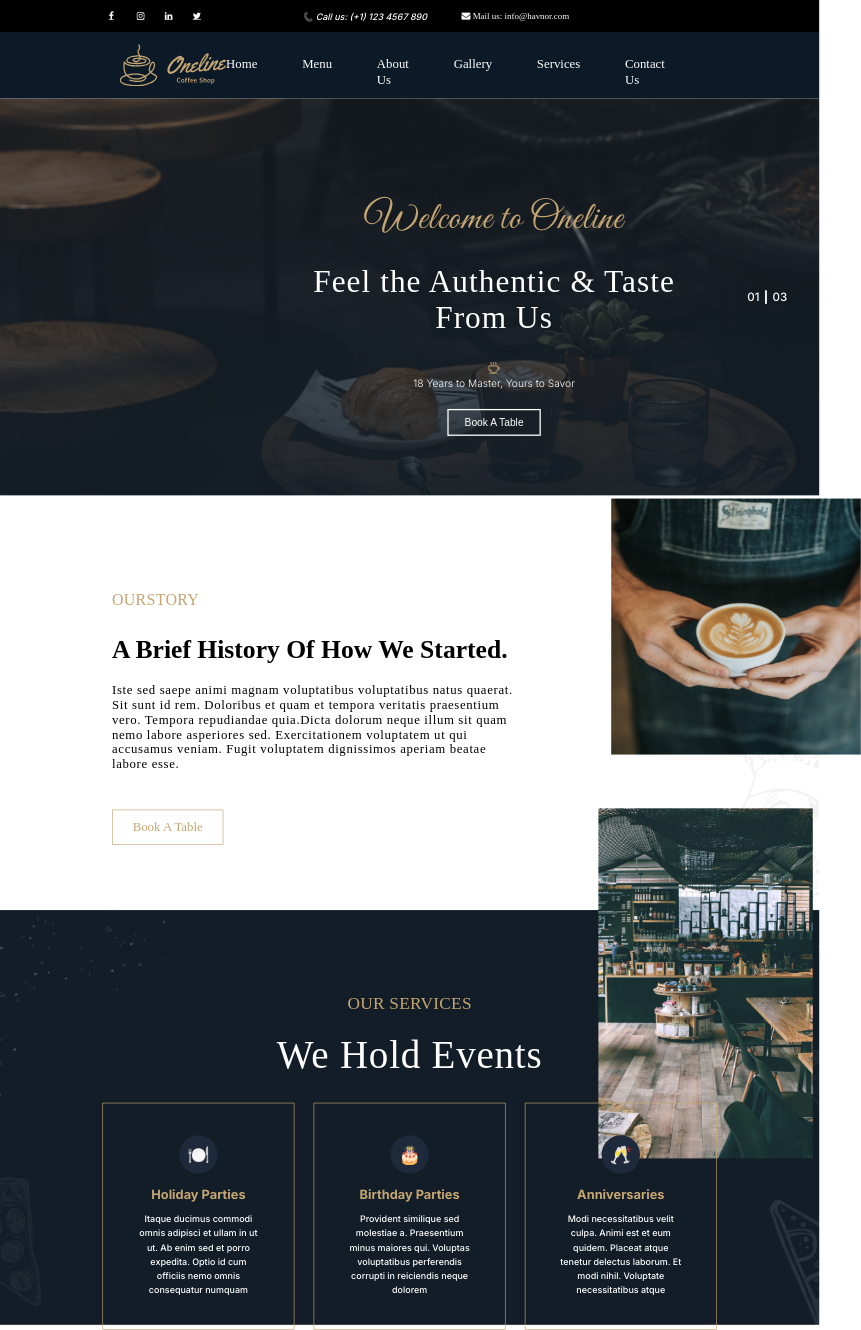
Repository: abhayzulasana/Online-Coffee-Shop
Page: index.html
An editor plug-in stored every save of this project. The page is shown before and after the next save, followed by the edit.
The browser window is 1280 px wide. The page is 1345 px wide, so the pictures cover 1345 px, including what lies to the right of the window. The pictures show the whole page, at 64% of full size.

Above is the page before, as saved 2025-05-21 17:31:39.

### index.html
<!DOCTYPE html>
<html lang="en">
<head>
  <meta charset="UTF-8" />
  <meta name="viewport" content="width=device-width, initial-scale=1.0" />
  <title>Oneline Coffee Shop</title>
  <link rel="stylesheet" href="style.css" />
  <link rel="stylesheet" href="https://cdnjs.cloudflare.com/ajax/libs/font-awesome/4.7.0/css/font-awesome.min.css">

  <link rel="preconnect" href="https://fonts.googleapis.com" />
  <link rel="preconnect" href="https://fonts.gstatic.com" crossorigin />
  <link href="https://fonts.googleapis.com/css2?family=Great+Vibes&family=Inter:wght@300;500;700&display=swap" rel="stylesheet">
</head>
<body>
  <header class="top-bar">
    <div class="social-icons">
      <a href="#" class="fa fa-facebook"></a>
      <a href="#" class="fa fa-instagram"></a>
      <a href="#" class="fa fa-linkedin"></a>
      <a href="#" class="fa fa-twitter"></a>

    </div>
    <div class="contact-info">
      <i class="call"> 📞   Call us: (+1) 123 4567 890</i>
      <i class="fa fa-envelope">    Mail us: info@havnor.com</i>

    </div>
  </header>

  <nav class="navbar">
    <div class="logo">
      <img src="img/cafelogo.svg">
      <!-- <span>☕</span>
      <span class="logo-text">Oneline <small>Coffee Shop</small></span> -->
    </div>
    <ul class="nav-links">
      <li>Home</li>
      <li>Menu</li>
      <li>About Us</li>
      <li>Gallery</li>
      <li>Services</li>
      <li>Contact Us</li>
    </ul>
  </nav>

  <section class="hero">
    <div class="hero-content">
  <center>
      <h2>Welcome to Oneline</h2>
      <h1>Feel the Authentic & Taste From Us</h1>
      <img src="img/cafe.svg">

      <!-- <div class="divider">☕</div> -->
      <p>18 Years to Master, Yours to Savor</p>
      <button>Book A Table</button>
    </div>
  </center>
    <div class="scroll-number">
      <span>01</span>
      <span>┃</span>
      <span>03</span>
    </div>
  </section >

   <div class="over-story">
    <div class="over-story-content">
        <h1>ourstory</h1>
        <h2>A Brief History Of How We Started.</h2>
        <p>Iste sed saepe animi magnam voluptatibus voluptatibus natus quaerat. Sit sunt id rem. Doloribus et quam et tempora veritatis praesentium vero. Tempora repudiandae quia.Dicta dolorum neque illum sit quam nemo labore asperiores sed. Exercitationem voluptatem ut qui accusamus veniam. Fugit voluptatem dignissimos aperiam beatae labore esse.</p>
        <button>Book A Table</button>
    </div>
    <div class="our-img">
        <img  class="img1" src="img/ourstory1.png">
        <img class="img2" src="img/ourstory2.png">

      </div>
   </div>


   <div class="our-services">
      <div class="text-content">
        <p class="section-title">OUR SERVICES</p>
        <h1 >We Hold Events</h1>
      </div>

      <div class="cards-container">
        <div class="card">
          <div class="icon-circle">🍽️</div>
          <h3>Holiday Parties</h3>
          <p>
            Itaque ducimus commodi omnis adipisci et ullam in ut ut. Ab enim sed
            et porro expedita. Optio id cum officiis nemo omnis consequatur numquam
          </p>
        </div>
        <div class="card">
          <div class="icon-circle">🎂</div>
          <h3>Birthday Parties</h3>
          <p>
            Provident similique sed molestiae a. Praesentium minus maiores qui.
            Voluptas voluptatibus perferendis corrupti in reiciendis neque dolorem
          </p>
        </div>
        <div class="card">
          <div class="icon-circle">🥂</div>
          <h3>Anniversaries</h3>
          <p>
            Modi necessitatibus velit culpa. Animi est et eum quidem. Placeat atque
            tenetur delectus laborum. Et modi nihil. Voluptate necessitatibus atque
          </p>
        </div>
      </div>

   </div>
</body>
</html>

### style.css
/* Reset & Base */
* {
    margin: 0;
    padding: 0px;
    box-sizing: border-box;
  }

  body {
    font-family: 'Inter', sans-serif;
    color: white;
    /* margin-left:90px; */
    height: 100vh;
  }
  html {
    scroll-behavior: smooth;
    /*Adds smooth scrolling instead of snapping to element*/
  }

  /* Top Bar */
  .top-bar {
    top: 0px;
    width: 100%;
    height: 50px;
    background-color: #000;
    color: white;
    display: flex;
    justify-content: space-between;
    padding: 10px 30px;
    font-size: 14px;

  }

  .social-icons a {
    margin-top:7px;
    width:40px;
    height: 17px;

    /* margin-right: 10px; */
    color: white;
    /* margin-left: 0px; */
    /* gap: 10px; */
  }
  .fa-facebook{
    margin-left: 140px;
  }
  .contact-info{
      display: flex;
      gap: 40px;
      margin-right: 320px;
      font-family: 'Inter', sans-serif;

      align-items: center;

  }
  .call{
      /* gap: 70px; */
      font-family: 'Inter', sans-serif;

      /* font: normal normal medium 16px/19px Montserrat; */
      width: 209px;
  }
  .fa-envelope{
    width: 209px;
    font-family: 'Inter', sans-serif;

  }

  /* Navbar */
  .navbar {
    top: 47px;
    margin-left: 0px;
    width: 100%;
    height: 104px;
    background-color: #0c1a28;
    display: flex;
    justify-content: space-between;
    text-align: left;
    /* align-items: center; */
    padding: 15px 50px;
  }

  .logo {
    display: flex;
    align-items: center;
    font-size: 70px;
    /* color: #C5A572; */
  }
.logo img{
  margin-left: 137px;
}
  /* .logo span{
    margin-left: 50px;
    color: #C5A572;
  } */
  .logo-text {
    top: 81px;
    width: 92px;
    height: px;
    color: #C5A572;
    font-family: 'Great Vibes', cursive;
    margin-left: 210px;
    font-size: 45px;
  }

  .logo-text small {
    display: block;
    font-size: 12px;
    font-family: 'Inter', sans-serif;
  }

  .nav-links {
    /* margin-left: 57px; */
    margin-right: 290px;
    margin-top: 23px;
    height: 24px;
    list-style: none;
    display: flex;
    gap: 70px;
    /* text-align: left; */
    font: normal normal normal 20px/24px Montserrat;
    color: #FFFFFF;
    opacity: 1;
  }

  .nav-links li {
    cursor: pointer;
  }

  /* Hero Section */
  .hero {
    top: 151px;
    left: 0px;
    width: 100%;
    height: 100px;
    display: flex;
    justify-content: space-between;
    align-items: center;
    height: calc(100vh - 100px);
    padding: 0 50px;
    background: url('img/bgcafe.png');
  background-repeat: no-repeat;
  background-size: cover;
  background-position: center;
  }

  .hero-content {
    top: 398px;
    margin-left: 427px;
    width: 857px;
    height: 317px;
    max-width: 50%;
  }

  .hero-content h2 {
    /* text-align: left; */
    font: normal normal normal 60px/75px Great Vibes;
    letter-spacing: 1.2px;
    color: #C5A572;

  }

  .hero-content h1 {
    font: normal normal normal ;
    font-family:Bellefair;
    font-size: 49px;
    letter-spacing: 1.6px;

    /* margin-bottom: 20px; */
  }

  .divider {
    font-size: 20px;
    color: #d4af37;
    margin-bottom: 10px;
  }

  .hero-content p {
    margin-bottom: 30px;
    font-weight: 300;
  }

  .hero-content button {
    padding: 10px 25px;
    font-size: 16px;
    background-color: transparent;
    border: 2px solid white;
    color: white;
    cursor: pointer;
    transition: 0.3s;
  }

  .hero-content button:hover {
    background-color: white;
    color: #000;
  }

  .scroll-number {
    text-align: center;
    font-size: 18px;
    line-height: 1.8;
  }
/* over story */
.over-story{
  height: 90vh;
  width: 100%;
  color: #000;
  display: flex;
  background: url('img/ourstorybg2.png') right bottom no-repeat;
  /* background-repeat: no-repeat; */
  /* background-size: cover; */
  /* background-position: center; */

}
.over-story-content h1{
      display: flex;
  font-size: 25px;
  margin-left: 175px;
  margin-top: 150px;
  width: 133px;
  height: 27px;
  text-align: left;
  font-family:'Montserrat';
  letter-spacing: 0.38px;
  color: #C5A572;
  text-transform: uppercase;
}
.over-story-content h2{
    font-family: 'Bellefair';
    font-size: 40px;
    margin-left: 175px;
    margin-top: 25px;
    width: 700px;
    height: 51px;
    text-transform: capitalize;
opacity: 1;
}
.over-story-content p{
  font-family: 'Montserrat';
  font-size: 20px;
  margin-left: 175px;
  margin-top: 25px;
  width: 632px;
  /* height: 51px; */
  letter-spacing: 1px;
}

.over-story-content button{
  margin-top: 60px;
  margin-left: 175px;
  font-family:'Montserrat';
  font-size: 20px;
  background-color: transparent;
  color: #C5A572;
  cursor: pointer;
  transition: 0.3s;
  border: 1px solid #C5A572;
  width: 174px;
  height: 55px;
}
.over-story-content button:hover {
  background-color: white;
  color: #421f1f;
}
/* .our-img{
  height:700px;
} */
.img1{
  margin-top: 5px;
  margin-left: 80px;
  width: 390px;
  height: 400px;
}
.img2{
  margin-top: 80px;
  margin-left: 60px;
  /* width: 335px;
  height: 547px; */
}

/* our services */
.our-services{
  height: 90vh;
  background: url('img/ourserviceimg.png');
  /* background-repeat: no-repeat; */
  background-size: cover;
  background-position: center;
  text-align: center;
  padding: 130px 20px;
}

.section-title{
  color:#C5A572;
  font-size: 27px;
  letter-spacing: 0.44px;
  font-family:Montserrat;
}
h1{
    font-size: 61px;
  font-weight: 500;
  margin: 30px 0 40px;
  letter-spacing: 1.2px;
  font-family: Bellefair;
}

.cards-container {
  display: flex;
  flex-wrap: wrap;
  justify-content: center;
  gap: 30px;
}

.card {
  background-color: transparent;
  padding: 50px 50px;
  width: 300px;
  border: 0.20000000298023224px solid #C5A572;
}

.card h3 {
  font-size: 20px;
  color: #C5A572;
  margin: 20px 0 15px;
}

.card p {
  font-size: 14px;
  line-height: 1.6;

}

.icon-circle {
  background-color: #1e293b;
  color: #facc15;
  width: 60px;
  height: 60px;
  margin: 0 auto;
  border-radius: 50%;
  font-size: 28px;
  display: flex;
  align-items: center;
  justify-content: center;
}

After the next save:
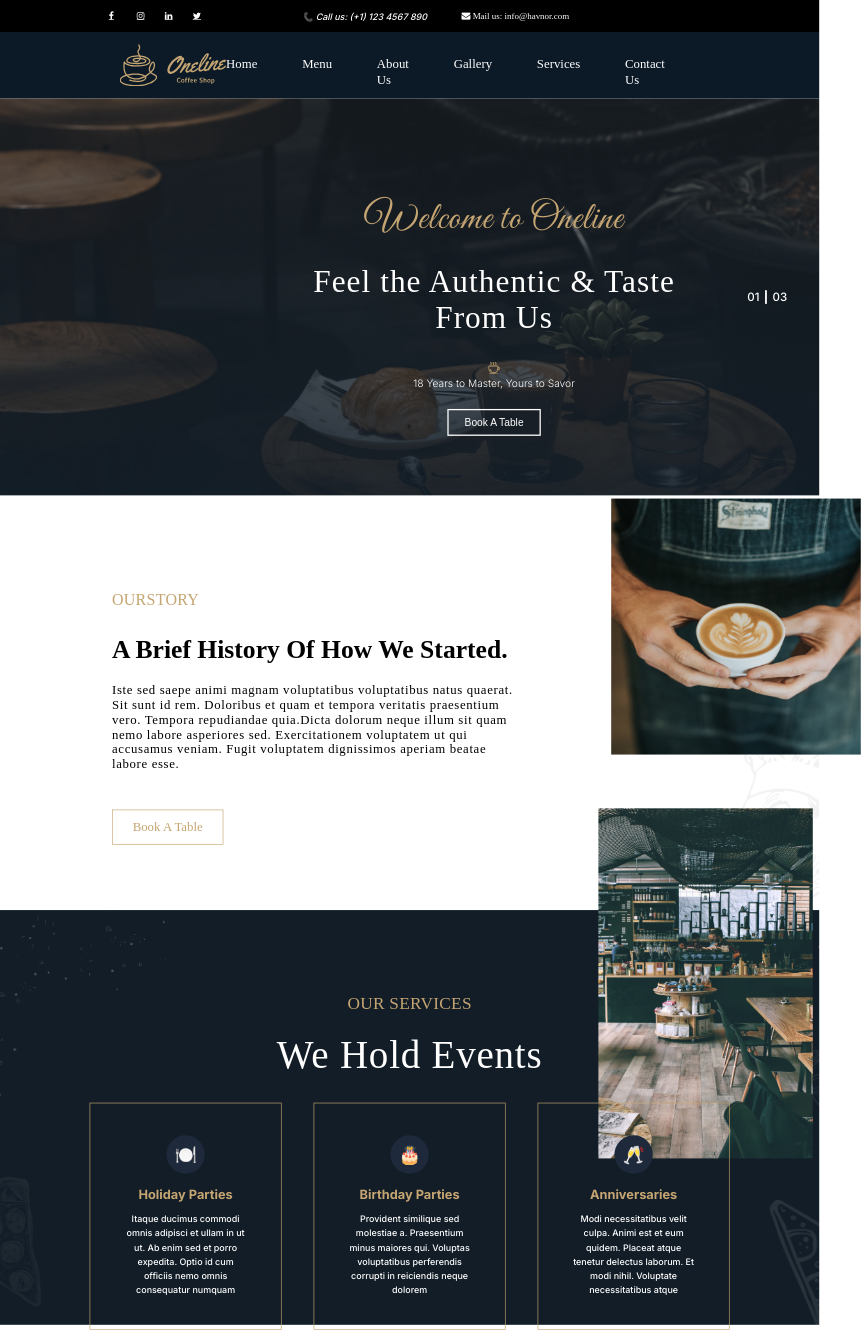
Saved 8 s later.
--- a/style.css
+++ b/style.css
@@ -306,7 +306,7 @@ h1{
   display: flex;
   flex-wrap: wrap;
   justify-content: center;
-  gap: 30px;
+  gap: 50px;
 }
 
 .card {
